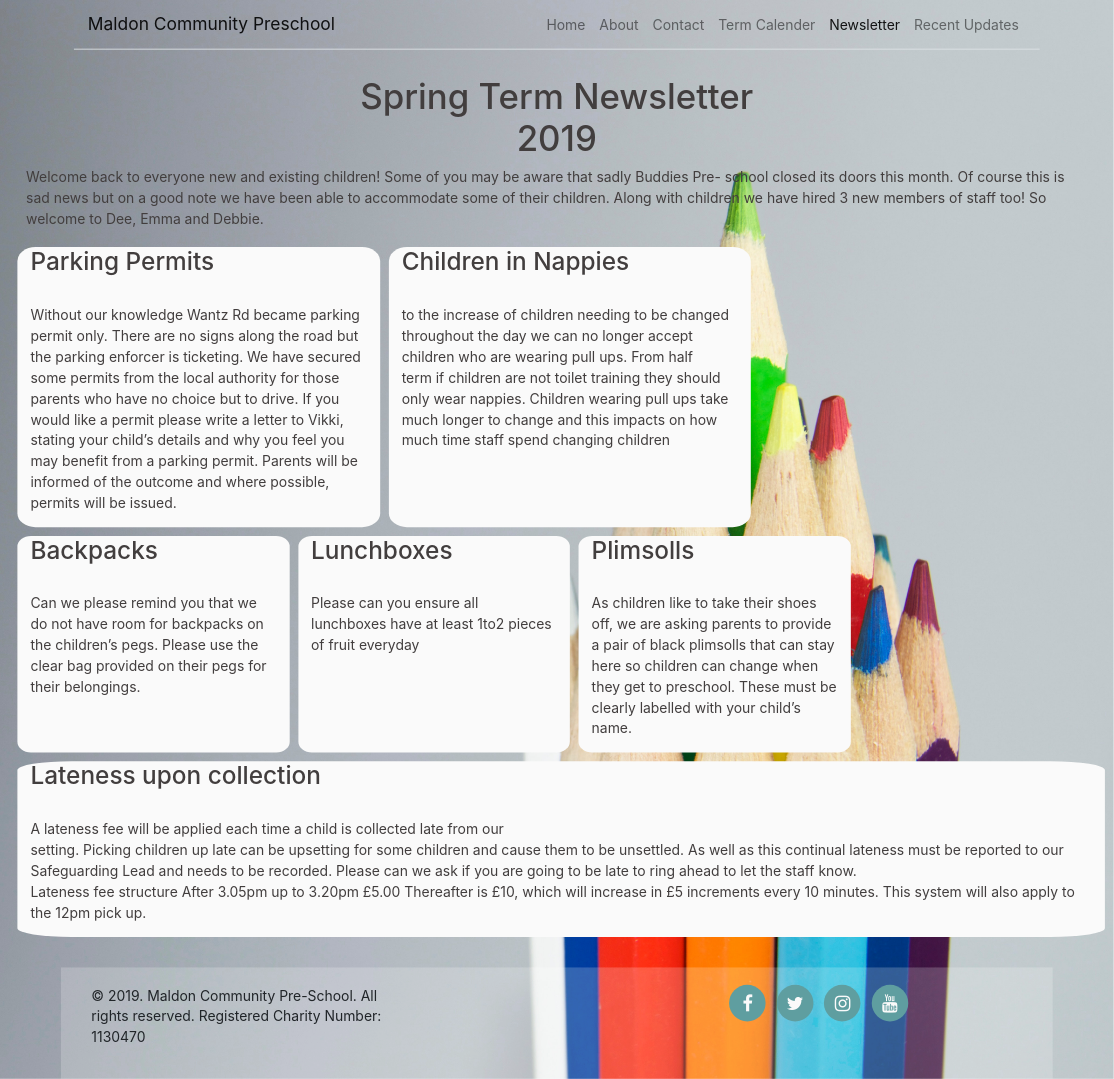
Repository: parkslee/milestone_1
Page: newsletter.html
The author's editor kept a record of every edit. The page is drawn from the files as they stood at one moment, then again after the next edit.
The browser window is 1280 px wide. The pictures show the whole page, at 87% of full size.
Some web libraries are served in a nearby version.

Above is the page before.

### newsletter.html
<!DOCTYPE html>
<html lang="en">

<head>
    <meta charset="UTF-8">
    <meta name="viewport" content="width=device-width, initial-scale=1.0">
    <meta http-equiv="X-UA-Compatible" content="ie=edge">
    <link rel="stylesheet" href="https://maxcdn.bootstrapcdn.com/bootstrap/4.2.1/css/bootstrap.min.css"
        type="text/css" />
    <link rel="stylesheet" href="https://maxcdn.bootstrapcdn.com/font-awesome/4.7.0/css/font-awesome.min.css"
        type="text/css" />
    <link rel="stylesheet" href="https://cdnjs.cloudflare.com/ajax/libs/hover.css/2.1.1/css/hover-min.css"
        type="text/css" />
    <link rel="stylesheet" href="assets\css\style.css">
    <title>newsletter</title>
</head>

<body class="newsletter-image">

    <header>
        <!----------------------------------------------------------------navigation-->
        <div class="container">
            <nav class="navbar navbar-expand-lg navbar-light bg-light border-bottom news-nav">
                <a class="navbar-brand" href="./index.html">Maldon Community Preschool</a>
                <button class="navbar-toggler" type="button" data-toggle="collapse" data-target="#navbarNav"
                    aria-controls="navbarNav" aria-expanded="false" aria-label="Toggle navigation">
                    <span class="navbar-toggler-icon"></span>
                </button>
                <div class="collapse navbar-collapse" id="navbarNav">
                    <ul class="navbar-nav text-center ml-auto">
                        <li class="nav-item">

                            <a class="nav-link" href="./index.html">Home </a>
                        </li>
                        <li class="nav-item">
                            <a class="nav-link" href="./about.html">About</a>
                        </li>
                        <li class="nav-item">
                            <a class="nav-link" href="./contact.html">Contact</a>
                        </li>
                        <li class="nav-item">
                            <a class="nav-link" href="./calender.html">Term Calender</a>
                        </li>
                        <li class="nav-item active">
                            <a class="nav-link" href="./newsletter.html">Newsletter<span
                                    class="sr-only">(current)</span></a>
                        </li>
                        <li class="nav-item newstext">
                            <a class="nav-link" href="./updates.html">Recent Updates</a>
                        </li>
                    </ul>
                </div>
            </nav>
        </div>
    </header>
    <div class="newsletter-content">
        <div class="row">
            <div class="col">
                <h1>Spring Term Newsletter

                    <br>2019</h1>

                <p>Welcome back to everyone
                    new and existing children!
                    Some of you may be aware
                    that sadly Buddies Pre-
                    school closed its doors this
                    month. Of course this is
                    sad news but on a good
                    note we have been able to
                    accommodate some of
                    their children. Along with
                    children we have hired 3
                    new members of staff too!
                    So welcome to Dee, Emma
                    and Debbie.</p>

            </div>
        </div>
        <div class="row">
            <div class="col-sm-12 col-md-4 newsletter-blocks">
                <h3>Parking Permits</h3>
                <br>
                <p> Without our knowledge
                    Wantz Rd became parking
                    permit only. There are no
                    signs along the road but
                    the parking enforcer is
                    ticketing. We have secured
                    some permits from the
                    local authority for those
                    parents who have no
                    choice but to drive. If you
                    would like a permit please
                    write a letter to Vikki,
                    stating your child’s details
                    and why you feel you may
                    benefit from a parking
                    permit. Parents will be
                    informed of the outcome
                    and where possible,
                    permits will be issued.</p>

            </div>

            <div class="col-sm-12 col-md-4 newsletter-blocks">
                <h3>Children in Nappies</h3>
<br>
                <p> to the increase of
                    children needing to be
                    changed throughout the
                    day we can no longer
                    accept children who are
                    wearing pull ups. From half
                    <br>

                    term if children are not
                    toilet training they should
                    only wear nappies.
                    Children wearing pull ups
                    take much longer to
                    change and this impacts on
                    how much time staff spend
                    changing children</p>

            </div>


        </div>

        <div class="row">
            <div class="col-sm-6 col-md-3 newsletter-blocks">
                <h3>Backpacks</h3>
                <br>
                <p>Can we please remind you
                    that we do not have room
                    for backpacks on the
                    children’s pegs. Please use
                    the clear bag provided on
                    their pegs for their
                    belongings.</p>

            </div>

            <div class="col-sm-6 col-md-3 newsletter-blocks">
                <h3> Lunchboxes</h3>
                <br>
                <p>Please can you ensure all
                    lunchboxes have at least
                    1to2 pieces of fruit
                    everyday</p>
            </div>

            <div class="col-sm-12 col-md-3 newsletter-blocks">

                <h3> Plimsolls</h3>
                <br>
                <p>As children like to take
                    their shoes off, we are
                    asking parents to provide a
                    pair of black plimsolls that
                    can stay here so children
                    can change when they get
                    to preschool. These must
                    be clearly labelled with
                    your child’s name.</p>

            </div>

        </div>

        <div class="row">
            <div class="col-sm-12 newsletter-blocks">
                   <h3>Lateness upon collection</h3>
                   <br>
                   <p>A lateness fee will be
                    applied each time a child is
                    collected late from our
                    <br>
                    setting. Picking children up
                    late can be upsetting for
                    some children and cause
                    them to be unsettled. As
                    well as this continual
                    lateness must be reported
                    to our Safeguarding Lead
                    and needs to be recorded.
                    Please can we ask if you
                    are going to be late to ring
                    ahead to let the staff
                    know.<br>
                    Lateness fee structure
                    After 3.05pm up to 3.20pm
                    £5.00
                    Thereafter is £10, which
                    will increase in £5
                    increments every 10
                    minutes. This system will
                    also apply to the 12pm pick
                    up.</p>
            </div>
        </div>


    </div>


   <!---------------------------first footer only displayed on desktop view-------------------->
    <!------https://medium.com/wdstack/bootstrap-4-hidden-visible-dd969a4c5854 tutorial for display properties bootstrap---->
    <div class="container">
            <footer class="d-none d-md-block">



                <div id="footer-details" class="row">
                    <div class="col-sm-4">
                        <p class="inline-block charity">
                            © 2019. Maldon Community Pre-School. All rights reserved.
                            Registered Charity Number: 1130470 </p>
                    </div>

                    <div class="col-sm-4 ml-auto">
                         <ul class="list-inline social-links">
                            <li class="list-inline-item">
                                <a target="_blank" href="https://facebook.com">
                                    <i class="fa fa-facebook" aria-hidden="true"></i>
                                    <span class="sr-only">Facebook</span>
                                </a>
                            </li>
                            <li class="list-inline-item">
                                <a target="_blank" href="https://twitter.com">
                                    <i class="fa fa-twitter" aria-hidden="true"></i>
                                    <span class="sr-only">Twitter</span>
                                </a>
                            </li>
                            <li class="list-inline-item">
                                <a target="_blank" href="https://instagram.com">
                                    <i class="fa fa-instagram" aria-hidden="true"></i>
                                    <span class="sr-only">Instagram</span>
                                </a>
                            </li>
                            <li class="list-inline-item">
                                <a target="_blank" href="https://youtube.com">
                                    <i class="fa fa-youtube" aria-hidden="true"></i>
                                    <span class="sr-only">YouTube</span>
                                </a>
                            </li>
                        </ul>
                    </div>
                </div>
            </footer>
        </div>



        <!----second footer for mobile view (charity number hidden as to cluttered on mobile view)  -->
        <!------https://medium.com/wdstack/bootstrap-4-hidden-visible-dd969a4c5854 tutorial for display properties bootstrap---->
        <footer class="d-md-none">
            <div id="footer-mobile">
                <ul class="list-inline social-links">
                    <li class="list-inline-item">
                        <a target="_blank" href="https://facebook.com">
                            <i class="fa fa-facebook" aria-hidden="true"></i>
                            <span class="sr-only">Facebook</span>
                        </a>
                    </li>
                    <li class="list-inline-item">
                        <a target="_blank" href="https://instagram.com">
                            <i class="fa fa-instagram" aria-hidden="true"></i>
                            <span class="sr-only">Instagram</span>
                        </a>
                    </li>
                    <li class="list-inline-item">
                        <a target="_blank" href="https://youtube.com">
                            <i class="fa fa-youtube" aria-hidden="true"></i>
                            <span class="sr-only">YouTube</span>
                        </a>
                    </li>
                </ul>
            </div>
        </footer>

    <script src="https://code.jquery.com/jquery-3.3.1.slim.min.js"
        integrity="sha384-q8i/X+965DzO0rT7abK41JStQIAqVgRVzpbzo5smXKp4YfRvH+8abtTE1Pi6jizo"
        crossorigin="anonymous"></script>
    <script src="https://cdnjs.cloudflare.com/ajax/libs/popper.js/1.14.7/umd/popper.min.js"
        integrity="sha384-UO2eT0CpHqdSJQ6hJty5KVphtPhzWj9WO1clHTMGa3JDZwrnQq4sF86dIHNDz0W1"
        crossorigin="anonymous"></script>
    <script src="https://stackpath.bootstrapcdn.com/bootstrap/4.3.1/js/bootstrap.min.js"
        integrity="sha384-JjSmVgyd0p3pXB1rRibZUAYoIIy6OrQ6VrjIEaFf/nJGzIxFDsf4x0xIM+B07jRM"
        crossorigin="anonymous"></script>
</body>

</html>

### assets/css/style.css

/*---------------------------------------------------------index.html---------------*/

.bgimage {
    background-image: url(../images/home-bg.jpg);
    background-size: cover;
    height: 100vh;
    background-repeat: no-repeat;
}

.bg-light {
    background-color: rgb(255, 255, 255, 0.0) !important;
}

.jumbotron {
    margin: 5% 5%;
    box-shadow: 10px 10px rgb(95, 158, 160, 0.5);
    background-color: rgb(255, 240, 245, 0.8);
}



.btn-primary {
    color: #fafafa;
    background-color: #866ecd;
    border-color: #866ccd;
}

.newsletter {
    background-color:#fafafa;
    position: relative;
    color: #423e3e;
    margin-bottom: 20px;

    padding: 30px;
    border-radius: 5%;

}
.newsletter h1{
   padding-top: 5px;
    text-align: center;
}

.updates-index {
    background-color: rgb(95, 158, 160);
    color:#423e3e;
    margin-bottom: 20px;
    border-radius: 5%;
    padding: 50px;
}

.updates-index h1{
    text-align: center;
}


/*-------------------------------------------------------footer------------*/

.social-links {
    padding-bottom: 0px;
}

.social-links li a i {
    width: 42px;
    height: 42px;
    padding: 12px 0;
    border-radius: 50%;
    font-size: 21px;
    line-height: 19px;
    text-align: center;
    color: #fafafa;
    background: cadetblue;
    transition: all 0.35s ease-in-out;
    -moz-transition: all 0.35s ease-in-out;
    -webkit-transition: all 0.35s ease-in-out;
    -o-transition: all 0.35s ease-in-out;
}

.social-links li a i:hover {
    background: #dc3545;
}

#footer-details {
    padding: 20px;
    background-color: rgb(255, 255, 255, 0.2);
    position: relative;
    left: 0;
    bottom: 0;
}

#footer-mobile {
    padding: 20px;
    background-color: rgb(255, 255, 255, 0.0);
    width: 100%;
    text-align: center;
}

/*---------------------------------------------------------------contact page--------------------*/

.contact-image {
    background-image: url(../images/contact-bg.jpg);
    background-size: cover;
    height: 100%;
    background-repeat: no-repeat;
}

form{
    margin: 20px;
}

.form-control{
    background-color: rgb(255, 240, 245,0.8);
}

.contact-btn{
    background-color: cadetblue;
    border-color: cadetblue;
}

/*------------------------------------------------------------------------- About--------------*/
.about-image{
    background-image: url(../images/about-bg.jpg);
    background-size: cover;
    height: 100%;
    background-repeat: no-repeat;
    background-position: 55%;

}

.about-content{
    text-align: center;
        color: #423e3e;

}

/*-------------------------------------------------------------------------calender---------------*/
.calender-image{
    background-image: url(../images/pencil_glass.jpg);
    background-size: cover;
    height: 100%;
    background-repeat: no-repeat;
    background-position: 55%;

}

/*------------------------------------------time line--------------------*/
/*-------bootstrap time line - https://bootsnipp.com/snippets/OzQj-------*/

.timeline {
    list-style: none;
    padding: 20px 0 20px;
    position: relative;
}

    .timeline:before {
        top: 0;
        bottom: 0;
        position: absolute;
        content: " ";
        width: 3px;
        background-color: #eeeeee;
        left: 50%;
        margin-left: -1.5px;
    }

    .timeline > li {
        margin-bottom: 20px;
        position: relative;
    }

        .timeline > li:before,
        .timeline > li:after {
            content: " ";
            display: table;
        }

        .timeline > li:after {
            clear: both;
        }

        .timeline > li:before,
        .timeline > li:after {
            content: " ";
            display: table;
        }

        .timeline > li:after {
            clear: both;
        }

        .timeline > li > .timeline-panel {
            width: 46%;
            float: left;
            border: 1px solid #d4d4d4;
            border-radius: 2px;
            padding: 20px;
                background-color: #fafafa;
            position: relative;
            -webkit-box-shadow: 0 1px 6px rgba(0, 0, 0, 0.175);
            box-shadow: 0 1px 6px rgba(0, 0, 0, 0.175);
        }

            .timeline > li > .timeline-panel:before {
                position: absolute;
                top: 26px;
                right: -15px;
                display: inline-block;
                border-top: 15px solid transparent;
                border-left: 15px solid #ccc;
                border-right: 0 solid #ccc;
                border-bottom: 15px solid transparent;
                content: " ";
            }

            .timeline > li > .timeline-panel:after {
                position: absolute;
                top: 27px;
                right: -14px;
                display: inline-block;
                border-top: 14px solid transparent;
                border-left: 14px solid #fff;
                border-right: 0 solid #fff;
                border-bottom: 14px solid transparent;
                content: " ";
            }

        .timeline > li > .timeline-badge {
            color: #fff;
            width: 50px;
            height: 50px;
            line-height: 50px;
            font-size: 1.4em;
            text-align: center;
            position: absolute;
            top: 16px;
            left: 50%;
            margin-left: -25px;
            background-color: #999999;
            z-index: 100;
            border-top-right-radius: 50%;
            border-top-left-radius: 50%;
            border-bottom-right-radius: 50%;
            border-bottom-left-radius: 50%;
        }

        .timeline > li.timeline-inverted > .timeline-panel {
            float: right;
        }

            .timeline > li.timeline-inverted > .timeline-panel:before {
                border-left-width: 0;
                border-right-width: 15px;
                left: -15px;
                right: auto;
            }

            .timeline > li.timeline-inverted > .timeline-panel:after {
                border-left-width: 0;
                border-right-width: 14px;
                left: -14px;
                right: auto;
            }

.timeline-badge.primary {
    background-color: #2e6da4 !important;
}

.timeline-badge.success {
    background-color: #3f903f !important;
}

.timeline-badge.warning {
    background-color: #28a745 !important;
}

.timeline-badge.danger {
    background-color: #d9534f !important;
}

.timeline-badge.info {
    background-color: #5bc0de !important;
}

.timeline-title {
    margin-top: 0;
    color: inherit;
}

.timeline-body > p,
.timeline-body > ul {
    margin-bottom: 0;
}

    .timeline-body > p + p {
        margin-top: 5px;
    }

@media (max-width: 767px) {
    ul.timeline:before {
        left: 40px;
    }

    ul.timeline > li > .timeline-panel {
        width: calc(100% - 90px);
        width: -moz-calc(100% - 90px);
        width: -webkit-calc(100% - 90px);
    }

    ul.timeline > li > .timeline-badge {
        left: 15px;
        margin-left: 0;
        top: 16px;
    }

    ul.timeline > li > .timeline-panel {
        float: right;
    }

        ul.timeline > li > .timeline-panel:before {
            border-left-width: 0;
            border-right-width: 15px;
            left: -15px;
            right: auto;
        }

        ul.timeline > li > .timeline-panel:after {
            border-left-width: 0;
            border-right-width: 14px;
            left: -14px;
            right: auto;
        }
}

/*----------------------------------------------------------------newsletter.html-------------*/
.newsletter-image{
    background-image: url(../images/newsletter-bg.jpg);
    background-size: cover;
    height: 100%;
    background-repeat: no-repeat;
    background-position: 75%;
}



.newsletter-content{
        color: #423e3e;
    padding: 30px;
}

.newsletter-content h1{
    text-align: center;
}

.newsletter-blocks{
    background-color: #fafafa;
    border-radius: 5%;
    margin:5px;

}

.newsletter-blocks2{

    background-color: #fafafa;

}

/*------------------------------------------------------------------updates.html-----------*/
.updates-image{
    background-image: url(../images/crayon-bg.jpg);
    background-size: cover;
    height: 100%;
    background-repeat: no-repeat;
    background-position: 50%;
}

.updates{
       color: #423e3e;

    padding: 30px;
}

.updates h1{

    text-align: center;
}


.update-blocks{
    background-color: #fafafa;
    border-radius: 5%;
    margin:5px;

}


/*------------------------------------------------------------------------- media----------*/

@media only screen and (min-width: 768px) {


    .footer-details {
        position: absolute;
    }

    /*---contact page----*/
    form{
        margin: 50px;
    }

    .contact-image {
        height: 100%;

    }

}

After the next edit:
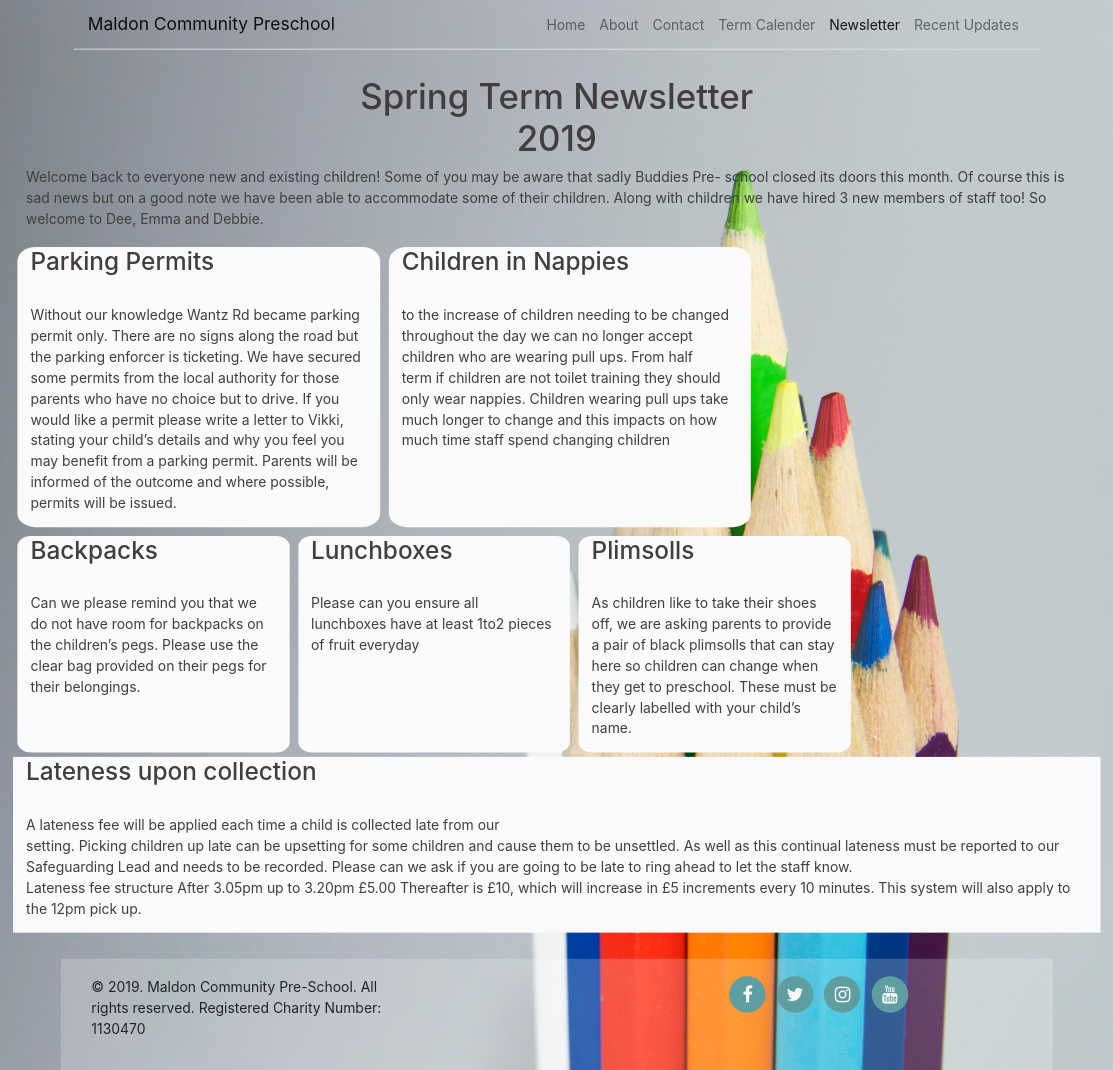
The edit:
--- a/newsletter.html
+++ b/newsletter.html
@@ -170,7 +170,7 @@
         </div>
 
         <div class="row">
-            <div class="col-sm-12 newsletter-blocks">
+            <div class="col-sm-12 newsletter-blocks2">
                    <h3>Lateness upon collection</h3>
                    <br>
                    <p>A lateness fee will be
